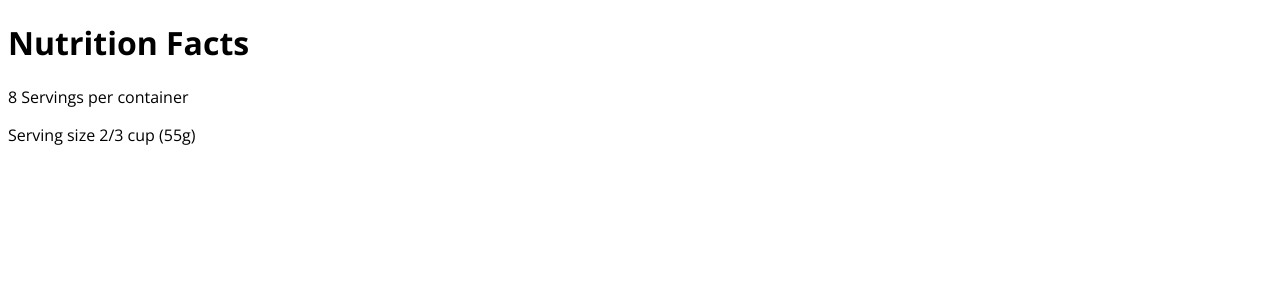
Repository: Lungdjos/typography
Page: index.html
These files come from the project's save history. The page is drawn as it stood at one moment and after a run of saves; the edit follows.
The browser window is 1280 px wide. The pictures show the whole page.

Above is the page before, as saved 2023-10-28 00:47:37.

### index.html
<!DOCTYPE html>
<html lang="en">

<head>
    <meta charset="UTF-8">
    <meta name="viewport" content="width=device-width, initial-scale=1.0">
    <title>Nutrition Label</title>
    <link rel="stylesheet" href="styles.css">
    <link rel="stylesheet" href="https://fonts.googleapis.com/css?family=Open+Sans:400,700,800">
</head>

<body>
    <div class="label">
        <h1>Nutrition Facts</h1>
        <p>8 Servings per container</p>
        <p>Serving size 2/3 cup (55g)</p>
    </div>

</body>

</html>

### styles.css
body {
    font-family: "Open Sans", sans-serif;
}

html {
    font-size: 16px;
}

.label {
    border: 2px s
}

After the next 4 saves:
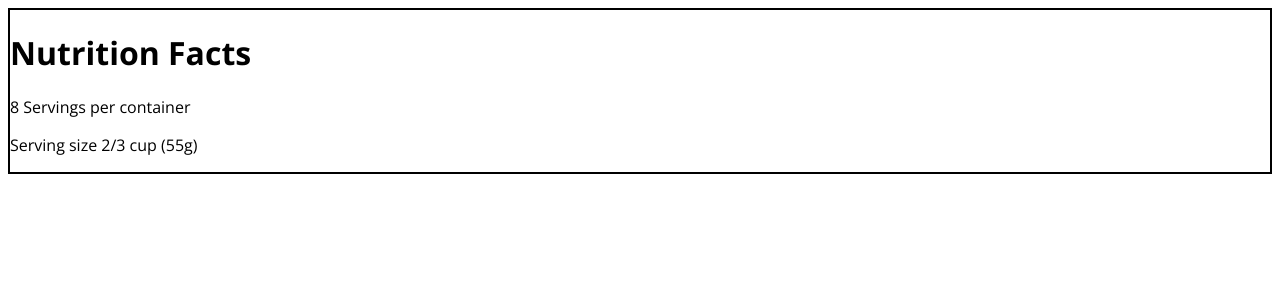
The 4 saves are shown as one change because they came seconds apart.
The last was saved 10 s later.
--- a/styles.css
+++ b/styles.css
@@ -7,5 +7,5 @@ html {
 }
 
 .label {
-    border: 2px s
+    border: 2px solid black;
 }
